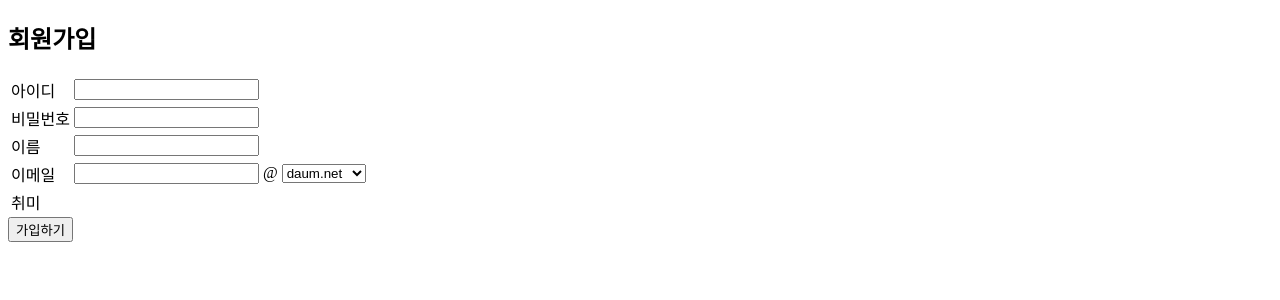
Repository: Idooru/academy_servlet
Page: pro07/WebContent/memberForm.html
The author's editor kept a copy of each file at every save. The page is drawn from the files as they stood at one save, then again after the next save.
The browser window is 1280 px wide. The pictures show the whole page.

Above is the page before, as saved 2023-09-07 07:23:12.

### pro07/WebContent/memberForm.html
<!DOCTYPE html>
<html>

<head>
	<meta charset="UTF-8">
	<title>JOIN FORM</title>
	<script type="text/javascript">
		function fn_sendMember() {
			let frmMember = document.frmMember;
			let id = frmMember.id.value;
			let pwd = frmMember.pwd.value;
			let name = frmMember.name.value;
			let email = frmMember.email.value;

			if (!id) {
				alert("아이디는 필수입니다.");
			} else if (!pwd) {
				alert("비밀번호는 필수입니다.");
			} else if (!name) {
				alert("이름은 필수입니다.");
			} else if (!email) {
				alert("이메일은 필수입니다.");
			} else {
				frmMember.method = "post";
				frmMember.action = "member";
				frmMember.submit();
			}
		}
	</script>
</head>

<body>

	<form name="frmMember">
		<h2>회원가입</h2>
		<table>
			<tr>
				<td>아이디</td>
				<td><input type="text" name="id" /></td>
			</tr>
			<tr>
				<td>비밀번호</td>
				<td><input type="password" name="pwd" /></td>
			</tr>
			<tr>
				<td>이름</td>
				<td><input type="text" name="name" /></td>
			</tr>
			<tr>
				<td>이메일</td>
				<td>
					<input type="text" name="email" />
					@
					<select name="edomain">
						<option value="daum.net">daum.net</option>
						<option value="naver.com">naver.com</option>
					</select>
				</td>
			</tr>
			<tr>
				<td>취미</td>
				<td></td>
			</tr>
		</table>
		<input type="button" value="가입하기" onclick="fn_sendMember()" />
		<input type="hidden" name="command" value="addMember" />
	</form>
</body>

</html>

After the next save:
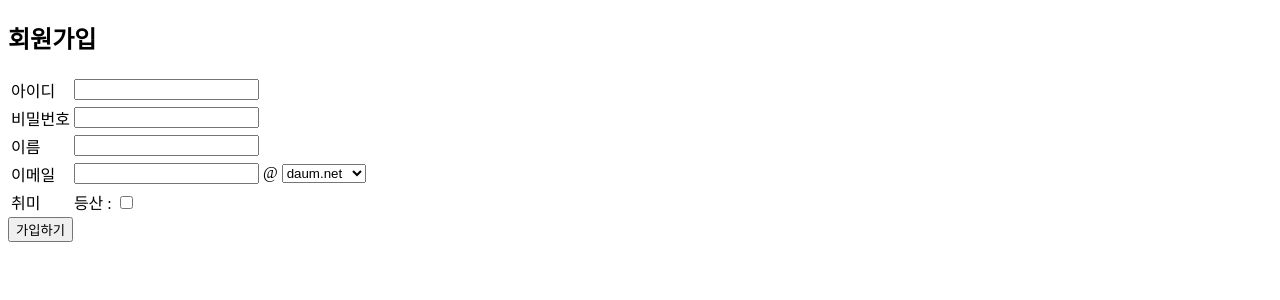
Saved 59 s later.
--- a/pro07/WebContent/memberForm.html
+++ b/pro07/WebContent/memberForm.html
@@ -59,7 +59,9 @@
 			</tr>
 			<tr>
 				<td>취미</td>
-				<td></td>
+				<td>
+					등산 : <input type="checkbox" name="hobby" value="등산" />
+				</td>
 			</tr>
 		</table>
 		<input type="button" value="가입하기" onclick="fn_sendMember()" />
